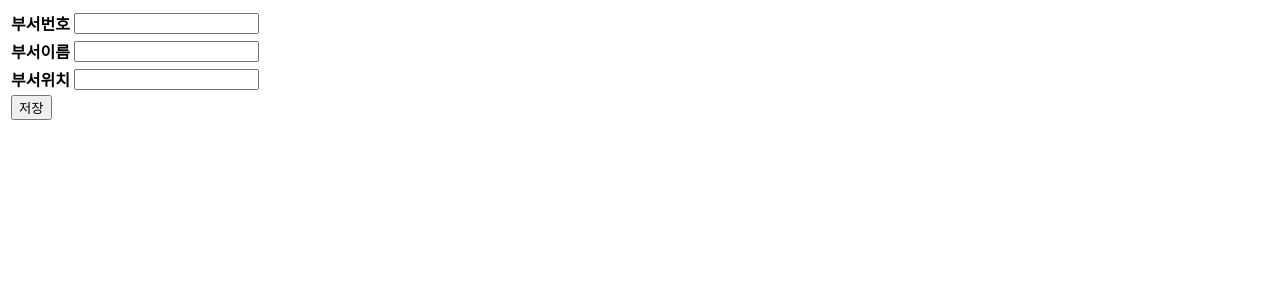
Repository: jjjooosss/-
Page: http://localhost/egov_dept/dept/deptWrite.jsp
These files come from the project's save history. The page is drawn as it stood at one moment and after the next save; the edit follows.
The browser window is 1280 px wide. The pictures show the whole page.
The page is served by Tomcat 9. Nobody is signed in. The application's start-up code is not run.

Above is the page before, as saved 2023-07-13 06:36:18.

After the next save:
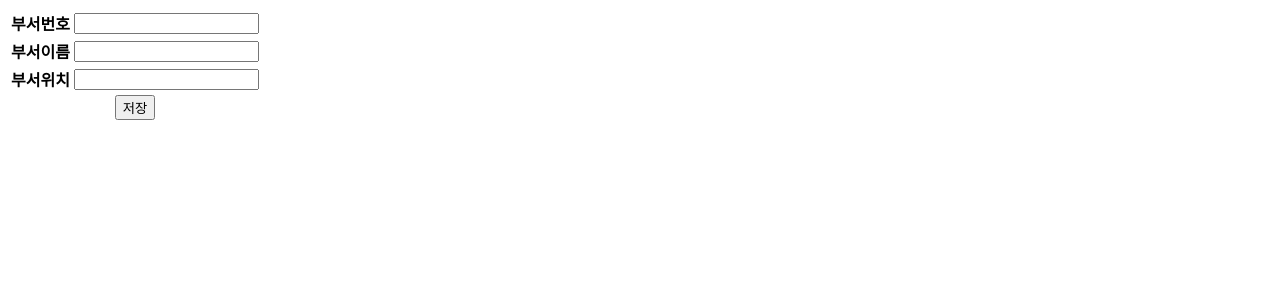
Saved 106 s later.
--- a/egov_dept/src/main/webapp/dept/deptWrite.jsp
+++ b/egov_dept/src/main/webapp/dept/deptWrite.jsp
@@ -21,9 +21,9 @@
 				<th>부서위치</th>
 				<td><input type="text" name="loc"></td>
 			</tr>
-			<tr>
+			<tr align="center">
 				<td colspan="2">
-					<button type="submit">저장
+					<button type="submit">저장</button>
 				</td>
 			</tr>
 		</table>
